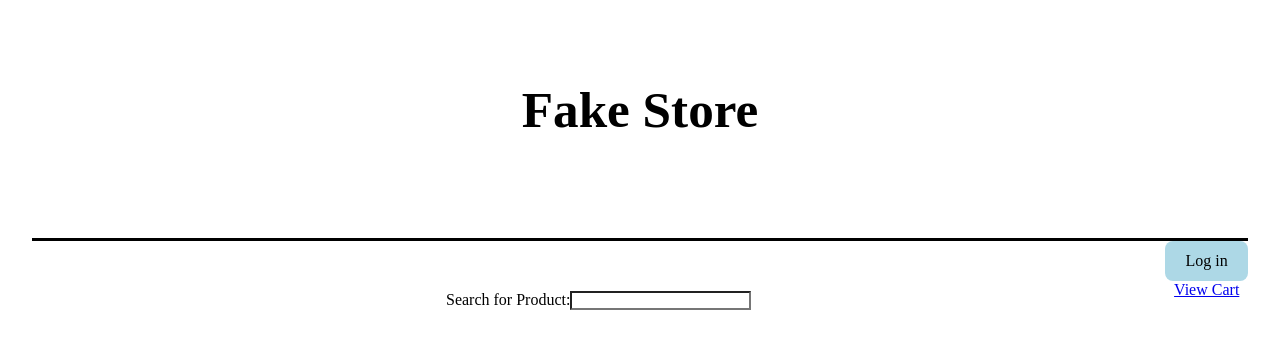
Repository: Andres513/CapStone
Page: /
An editor plug-in stored every save of this project. The page is shown before and after a run of saves, followed by the edit.
The browser window is 1280 px wide. The pictures show the whole page.
The page's requests for data from a server got no answer. The project was rebuilt for these pictures with package versions that can differ from the ones it lists, and the page was loaded fresh each time. No one was signed in, and anything a server would have sent is missing. Also part of the build but not shown: vite.config.js, src/components/Login.jsx, src/components/Cart.jsx, src/components/SingleProduct.jsx, src/components/ProductsByCategory.jsx, src/components/LoggedOut.jsx, src/components/Checkout.jsx.

Above is the page before, as saved 2024-04-11 11:25:46.

### index.html
<!doctype html>
<html lang="en">
  <head>
    <meta charset="UTF-8" />
    <link rel="icon" type="image/svg+xml" href="/vite.svg" />
    <meta name="viewport" content="width=device-width, initial-scale=1.0" />
    <title>Fake Store!</title>
  </head>
  <body>
    <div id="root"></div>
    <script type="module" src="/src/main.jsx"></script>
  </body>
</html>

### src/App.jsx
import { useState } from 'react'
import FetchProducts from './components/FetchProducts'
import './App.css'
import { Routes, Route } from 'react-router-dom'
import Login from './components/Login'
import SingleProduct from './components/SingleProduct'
import ProductsByCategories from './components/ProductsByCategory'
import Cart from './components/Cart'
import { CartProvider } from './components/CartContext'
import LogOut from './components/LoggedOut'
import Checkout from './components/Checkout'

function App() {
  const [token, setToken] = useState(null)
  const [products, setProducts] = useState([])
  const [price, setPrice] = useState('')
  const [email, setEmail] = useState('')
  const [password, setPassword] = useState('')
  const [isLoggedIn, setIsLoggedIn] = useState(false)
  const [loggedOut, setLoggedOut] = useState(false)

  const handleSetToken = (newToken) => {
    setToken(newToken)
    setIsLoggedIn(true)
  }
  const handleSetProducts = (newProducts) => {
    setProducts(newProducts)
  }
  const handleSetPrice = (newPrice) => {
    setPrice(newPrice)
  }
  const handleLogout = () => {
    setToken(null)
    setIsLoggedIn(false)
    setLoggedOut(true)
  }
  return (

    <CartProvider isLoggedIn={isLoggedIn}>
      <>
        <Routes>
          <Route path="/login" element={<Login token={token} setToken={handleSetToken} email={email} setEmail={setEmail} password={password} setPassword={setPassword} isLoggedIn={isLoggedIn} setIsLoggedIn={setIsLoggedIn} handleLogout={handleLogout} />} />
          <Route path="/" element={<FetchProducts token={token} setToken={handleSetToken} products={products} setProducts={handleSetProducts} price={price} setPrice={handleSetPrice} isLoggedIn={isLoggedIn} handleLogout={handleLogout} loggedOut={loggedOut} setLoggedOut={setLoggedOut} />} />
          <Route path="/products/:id" element={<SingleProduct token={token} isLoggedIn={isLoggedIn} />} />
          <Route path="/category/:category" element={<ProductsByCategories products={products} setProduct={handleSetProducts} />} />
          <Route path="/cart" element={<Cart isLoggedIn={isLoggedIn} />} />
          <Route path="/logout" element={<LogOut />} />
          <Route path="/checkout" element={<Checkout/>}/>
        </Routes>
      </>
    </CartProvider>
  )
}

export default App

### src/index.css

* {
  margin: 0;
  padding: 0;
  box-sizing: border-box;
}
h1 {
  font-size: 3.2em;
  line-height: 1.1;
  padding-top: 50px;
  padding-bottom: 100px;
  border-bottom: 3px solid black;
}
input {
  background-color: white;
}
img {
  width: 70%;
  height: 70%;
}
.single-product > img {
  height: 60%;
  width: 60%;
  padding-top: 50px;
  padding-bottom: 50px;
}
.items-container {
  display: grid;
  grid-template-columns: repeat(auto-fill, minmax(330px, 1fr));
  grid-gap: 75px;
  padding-top: 50px;
}
.item {
  background-color: aliceblue;
  box-shadow: 5px 5px lightblue;
  transition: all .2s ease-in-out;
}
.item:hover {
  transform: scale(1.1);
}
.category-buttons {
  padding-bottom: 50px;
}
.category-container {
  display: grid;
  grid-template-columns: repeat(auto-fill, minmax(330px, 1fr));
  grid-gap: 100px;
  padding-top: 50px;

}
.category-item {
  transition: all .2s ease-in-out;
  background-color: aliceblue;
  box-shadow: 5px 5px lightblue;
}
.category-item:hover {
  transform: scale(1.1);
}
button {
  border-radius: 8px;
  border: 1px solid transparent;
  padding: 0.6em 1.2em;
  font-size: 1em;
  font-weight: 500;
  font-family: inherit;
  background-color: lightblue;
  cursor: pointer;
  transition: border-color 0.25s;
  transition: all .2s ease-in-out;
}
button:hover {
  transform: scale(1.1);
}
.navbar {
  float: right
}

### src/components/FetchProducts.jsx
import { useEffect, useState } from "react"
import { Link } from "react-router-dom"
import Login from "./Login"
import Categories from "./Categories"
import Cart from "./Cart"
import { useCart } from "./CartContext"

export default function FetchProducts({ products, setProducts, price, setPrice, token, setToken, isLoggedIn, setIsLoggedIn, handleLogout, loggedOut }) {
    const [error, setError] = useState(null)
    const [searched, setSearched] = useState('')
    const [addedToCart, setAddedToCart] = useState(false);
    const { cart, setCart } = useCart()

    useEffect(() => {
        async function fetchProducts() {
            try {
                const response = await fetch('https://fakestoreapi.com/products')
                const result = await response.json()
                setProducts(result)
                setPrice(result.price)
                console.log(result)
            } catch (error) {
                setError(error.message)
            }
        }
        fetchProducts()
    }, [])

    const searchedProduct = products.filter((product) => {
        return product.title.toLowerCase().includes(searched.toLowerCase());
    });

    console.log(isLoggedIn)
    return (
        <>
            <h1>Fake Store</h1>
            <nav className="navbar">
                {isLoggedIn ? (
                    <>
                        <Link to="/logout"><button onClick={handleLogout}>Log out</button><br /></Link>

                    </>
                ) : (
                    <Link to="/login"><button>Log in</button></Link>
                )}
                <br /><Link to="/cart">View Cart</Link>
            </nav>

            <Categories products={products} />
            <label className="search-bar">Search for Product:
                <input type="text" value={searched} onChange={(e) => setSearched(e.target.value)} />
            </label><br />

            <div className="items-container">
                {searchedProduct.map((product) => (
                    <div key={product.id} className="item">
                        <h3>{product.title}</h3>
                        <img src={product.image} alt={product.title} /><br />

                        <Link to={`/products/${product.id}`}>View Details</Link>

                    </div>
                ))}

            </div>
        </>
    )
}

### src/components/CartContext.jsx


import { createContext, useContext, useState, useEffect } from "react";

const CartContext = createContext()

export const useCart = () => useContext(CartContext)

export const CartProvider = ({ children }) => {
    const [cart, setCart] = useState(() => {
        const storedCart = localStorage.getItem('cart');
        return storedCart ? JSON.parse(storedCart) : [];
    });

    useEffect(() => {
        localStorage.setItem('cart', JSON.stringify(cart));
    }, [cart]);

    return (
        <CartContext.Provider value={{ cart, setCart }}>
            {children}
        </CartContext.Provider>
    )
}

### src/components/Categories.jsx
import { useState, useEffect } from "react";
import { Link } from "react-router-dom";

export default function Categories({ products }) {
    const [categories, setCategories] = useState([])

    useEffect(() => {
        async function fetchCategories() {
            try {
                const response = await fetch('https://fakestoreapi.com/products/categories')
                const result = await response.json()
                setCategories(result)
                console.log(categories)
            } catch (error) {
                console.error(error)
            }
        } fetchCategories()
    }, [])

    const filteredCategories = (category) => {
        return products.filter(product => product.category === category)
    }

    return (
        <div>
            <div className="category-buttons">
                {categories.map((category, index) => (
                    <button key={index}>
                        <Link to={`/category/${category}`}>{category}</Link>
                    </button>
                ))}
            </div>
        </div>
    );
}

Loaded but not shown: src/main.jsx (common file); src/App.css (common file)

After the next 2 saves:
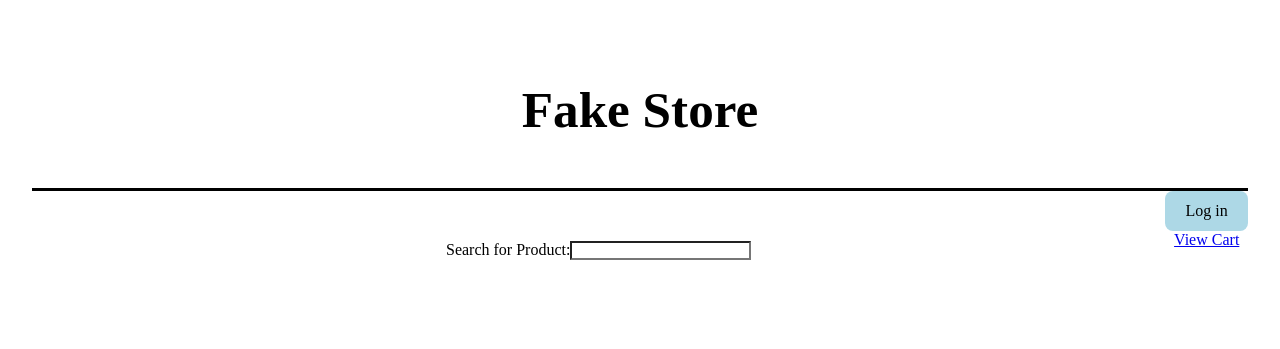
The 2 saves are shown as one change because they came seconds apart.
The last was saved 9 s later.
--- a/src/index.css
+++ b/src/index.css
@@ -8,7 +8,7 @@ h1 {
   font-size: 3.2em;
   line-height: 1.1;
   padding-top: 50px;
-  padding-bottom: 100px;
+  padding-bottom: 50px;
   border-bottom: 3px solid black;
 }
 input {
